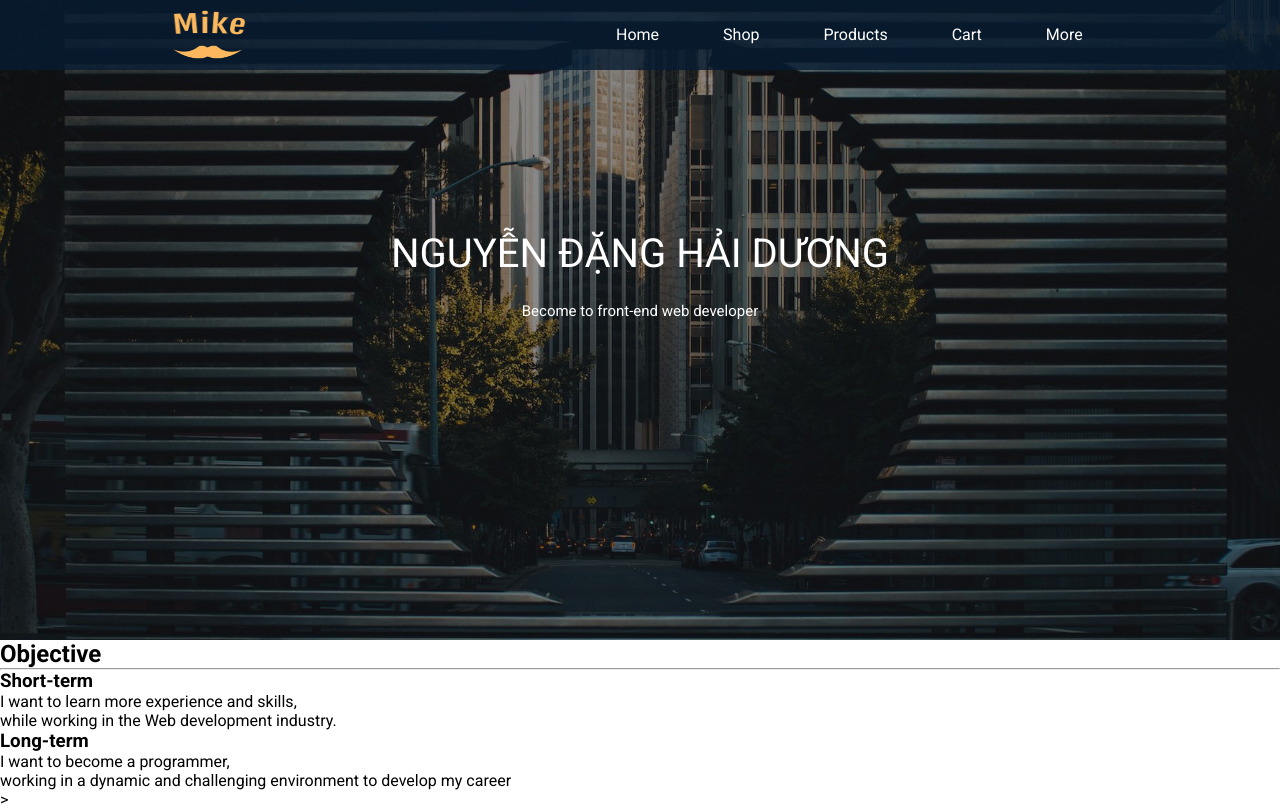
Repository: haiduong7499/Personal-Profile
Page: index.html
The author's editor kept a copy of each file at every save. The page is drawn from the files as they stood at one save, then again after the next save.
The browser window is 1280 px wide. The pictures show the whole page.

Above is the page before, as saved 2021-02-28 18:46:10.

### index.html
<!DOCTYPE html>
<html lang="en">
<head>
    <meta charset="UTF-8">
    <meta http-equiv="X-UA-Compatible" content="IE=edge">
    <meta name="viewport" content="width=device-width, initial-scale=1.0">
    <link rel="stylesheet" href="style/style.css">
    <link rel="stylesheet" href="style/base.css">
    <link rel="preconnect" href="https://fonts.gstatic.com">
    <link rel="preconnect" href="https://fonts.gstatic.com">
<link href="https://fonts.googleapis.com/css2?family=Roboto:wght@400;700&display=swap" rel="stylesheet">
    <title>Project</title>
</head>
<body>
    <div id="header">
        <img src="./asset/5c0eefeb-053e-4086-8d42-7e5a35580c82_200x200.png" alt="">
            <ul id="navbar">

                <li><a href="#">Home</a></li>
                <li><a href="#">Shop</a></li>
                <li><a href="#">Products</a></li>
                <li><a href="#">Cart</a></li>
                <li><a href="#">More</a></li>
            </ul>
    </div>

    <div id="parallax">
        <div class="content-container">
            <h2 class="content-heading">Nguyễn Đặng Hải Dương</h2>
            <p class="content-text">Become to front-end web developer</p>
        </div>
    </div>


    <div id="objective">
        <div class='objective-heading'>
            <h2>
                Objective
                <hr>
            </h2>
        </div>

        <div class="objective short-term">
            <h3>Short-term</h3>
            <p>
                I want to learn more experience and skills,<br>
                while working in the Web development industry.
            </p>
        </div>
        <div class="objective long-term">
            <h3>Long-term</h3>
            <p>
                I want to become a programmer,<br>
                working in a dynamic and challenging environment to develop my career
            </p>
        </div>>


    </div>

<script src="main.js"></script>
</body>
</html>

### style/style.css
*{
    padding: 0;
    margin: 0;
    box-sizing: border-box;
}
html{
    font-family: 'Roboto', sans-serif;
}

#header {
    display:flex;
    justify-content: space-around;
    height:70px;
    background: rgba(7, 28, 51, 0.8);
    position: fixed;
    top: 0;
    left: 0;
    right: 0;
    z-index: 1;
}
#header img{
    margin: 8px 0;
    width: 84px;
    height: 53px;
}

#navbar li {
    list-style: none;
    line-height: 70px;
    display:inline-block;
}

#navbar li a{
    display: inline-block;
    padding: 0 30px;
    line-height: 70px;
    text-decoration: none;
    color: #fff;
}
#navbar li:hover a{
    color: #fcb85d;
}

#parallax{
    position: relative;
    padding-top:50%;
    background: url(../asset/home-parallax.jpg) top / cover no-repeat;
}
#parallax .content-container{
    position: absolute;
    bottom: 50%;
    width: 100%;
    text-align: center;
    color: #fff;
}
#parallax .content-heading{
    margin-bottom: 25px;
    font-weight: 500;
    font-size: 40px;
    text-transform: uppercase;
}

#parallax .content-text{
    font-size: 15px;
}

#products{
    width: 100%;
}
#products .products-heading{
    padding-top: 5%;
    text-align: center;
}
#products .products-heading>h2{
    position: relative;
    font-size: 24px;
    font-weight: 500;
    text-transform: uppercase;
}
#products .products-heading>h2>hr{
    position: absolute;
    left: 50%;
    transform: translateX(-50%);
    width:70px;
    height: 2px;
    border: none;
    background-color: #fcb85d
}

### main.js
const paralax = document.querySelector("#parallax");

window.addEventListener("scroll", function() {
    let offset = window.pageYOffset;
    parallax.style.backgroundPositionY = offset*1 + "px"
})

Loaded but not shown: style/base.css (no stored copy; drawn as an empty file)

After the next save:
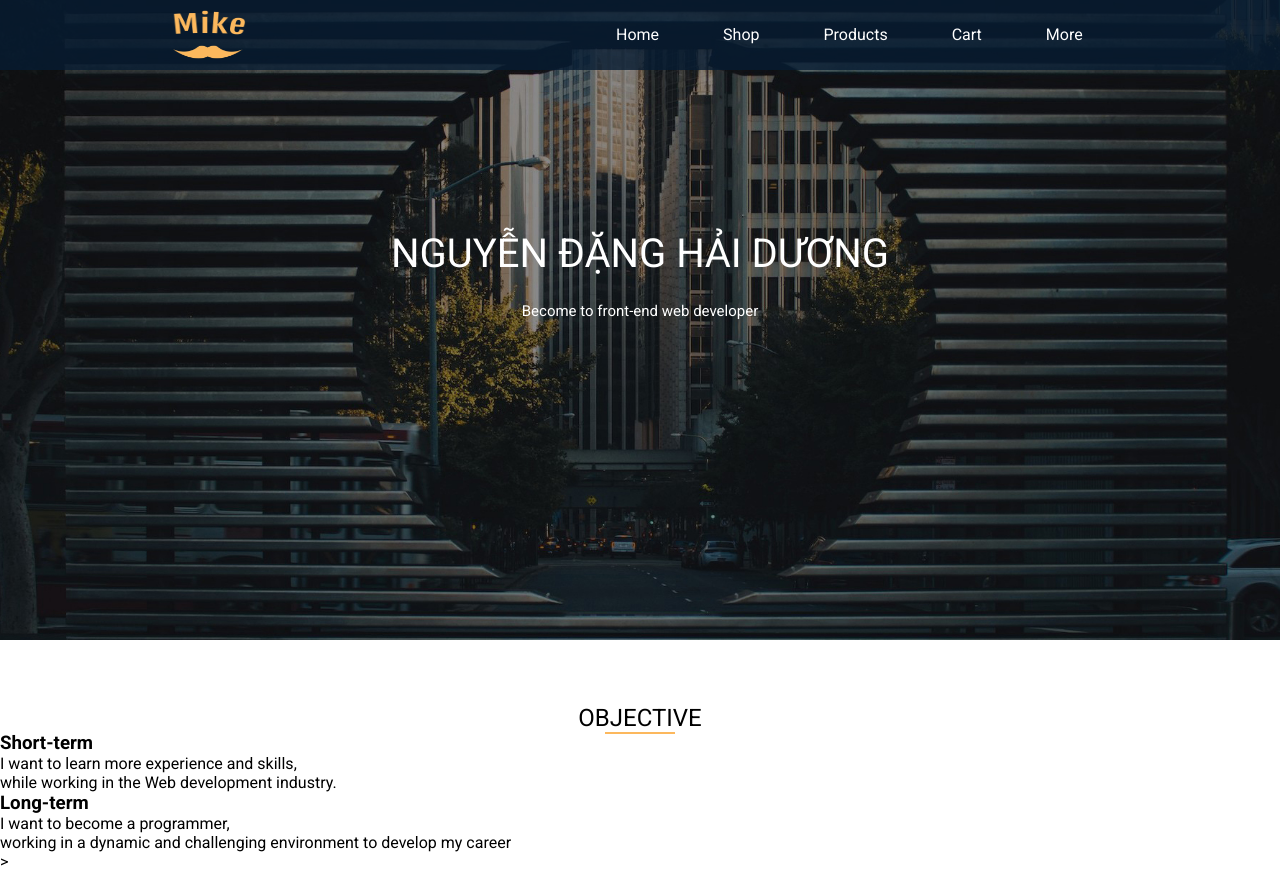
Saved 22 s later.
--- a/style/style.css
+++ b/style/style.css
@@ -6,7 +6,7 @@
 html{
     font-family: 'Roboto', sans-serif;
 }
-
+/* Header */
 #header {
     display:flex;
     justify-content: space-around;
@@ -64,20 +64,20 @@
     font-size: 15px;
 }
 
-#products{
+#objective{
     width: 100%;
 }
-#products .products-heading{
+#objective .objective-heading{
     padding-top: 5%;
     text-align: center;
 }
-#products .products-heading>h2{
+#objective .objective-heading>h2{
     position: relative;
     font-size: 24px;
     font-weight: 500;
     text-transform: uppercase;
 }
-#products .products-heading>h2>hr{
+#objective .objective-heading>h2>hr{
     position: absolute;
     left: 50%;
     transform: translateX(-50%);
